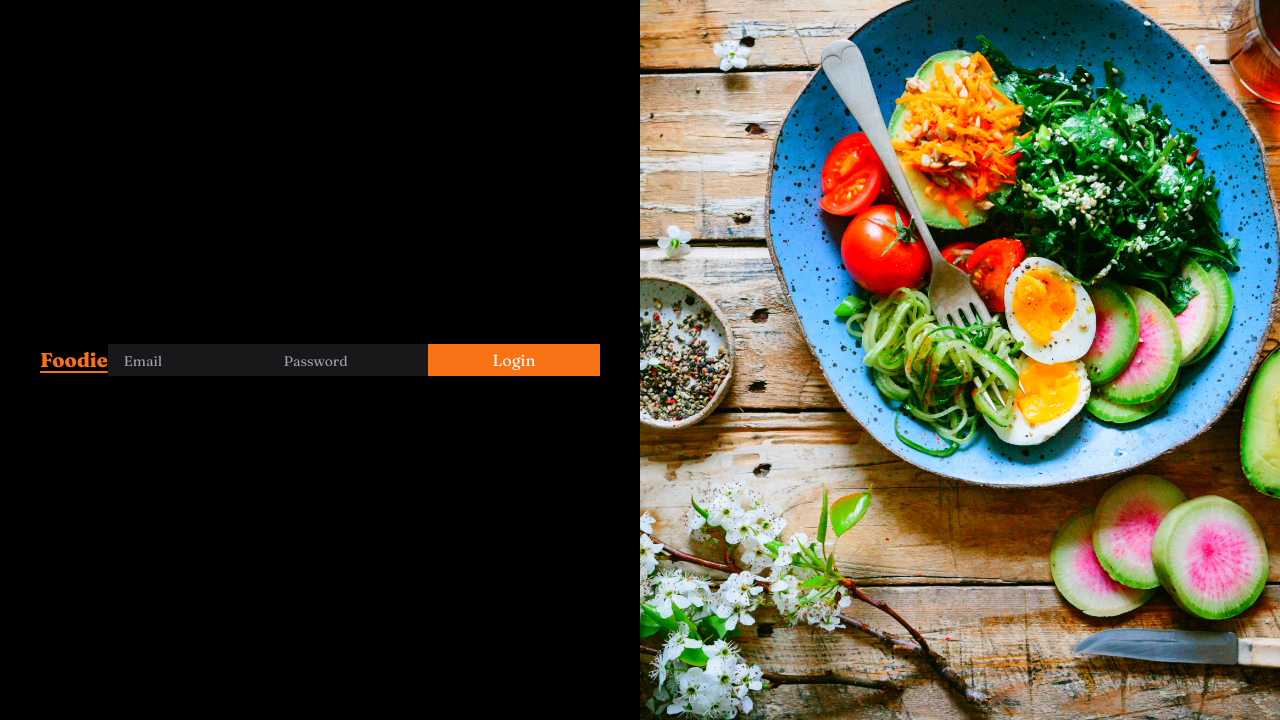
Repository: chandra11148/Foodie
Page: / (app in Frontend/)
These files come from the project's save history. The page is drawn as it stood at one moment and after the next save; the edit follows.
The browser window is 1280 px wide. The pictures show the whole page.
The project was rebuilt for these pictures with package versions that can differ from the ones it lists, and the page was loaded fresh each time. Also part of the build but not shown: Frontend/vite.config.ts.

Above is the page before, as saved 2024-02-25 11:29:29.

### Frontend/index.html
<!doctype html>
<html lang="en">
  <head>
    <meta charset="UTF-8" />
    <link rel="icon" type="image/svg+xml" href="/vite.svg" />
    <meta name="viewport" content="width=device-width, initial-scale=1.0" />
    <title>Foodie</title>
  </head>
  <body>
    <div id="root"></div>
    <script type="module" src="/src/main.tsx"></script>
  </body>
</html>

### Frontend/src/App.tsx
import { Suspense, useState } from "react";
import { createBrowserRouter, RouterProvider } from "react-router-dom";
import { Landing } from "./pages/Landing";

function App() {
  const router = createBrowserRouter([
    {
      path: "/",
      element: <Landing/>,
      errorElement: <div>ErrorPage</div>,
    },
  ]);

  return (

      <div className="h-[100vh] w-[100vw]">
        <Suspense fallback={<div>Loading</div>}>
          <RouterProvider
            router={router}
            fallbackElement={<div>Fallback Element</div>}
          />
        </Suspense>
      </div>
  );
}

export default App;

### Frontend/src/index.css
@import url('https://fonts.googleapis.com/css2?family=Fraunces:ital,opsz,wght@0,9..144,100..900;1,9..144,100..900&display=swap');

@tailwind base;
@tailwind components;
@tailwind utilities;

body{
    padding: 0;
    margin: 0;
}
#root{
    padding: 0;
    margin: 0;
}

### Frontend/src/pages/Landing/index.tsx
import { FormEvent } from "react";
import recipeOne from "../../assets/recipe-one.jpg";
import { Form, Input, Button } from "../../components";

export const Landing = () => {
    const handleSubmit = (e: FormEvent<HTMLFormElement>) =>{

    }
    const handleState = (e: FormEvent<HTMLFormElement>)=>{

    }
  return (
    <div className="bg-black text-white h-[100%] flex flex-col-reverse md:flex-row w-full">
      <div className="w-full h-full">
        <Form
            className="flex items-center justify-center w-full h-full p-10"
            onSubmit={handleSubmit}
        >
            <h2 className="text-orange-500 font-extrabold text-xl underline underline-offset-4 ">
                Foodie
            </h2>
           <Input
                name="email"
                placeholder="Email"
                handleChange={handleState}
                type="text"
                className={`bg-zinc-900 py-1 px-4 w-full shadow-xl  placeholder:text-sm hover:bg-zinc-800 cursor-pointer focus:outline-none`}
          />

           <Input
            name="password"
            placeholder="Password"
            handleChange={handleState}
            type="password"
            className={`bg-zinc-900 py-1 px-4 w-full placeholder:text-sm hover:bg-zinc-800 cursor-pointer focus:outline-none`}
          />
          <Button
              title={"Login"}
              className={`bg-orange-500 text-white hover:bg-orange-600 py-1 px-6 w-full `}
              type="submit"
            />
        </Form>
      </div>
      <div className="w-full h-full saturate-200">
        <img
          src={recipeOne}
          alt="A dish with food recipes"
          className="w-full h-full object-center object-cover"
        />
      </div>
    </div>
  );
};

### Frontend/src/components/index.tsx
import { Form } from './form';
import { Input } from './input';
import { Button } from './button';

export { Button, Input, Form };

### Frontend/src/components/form.tsx
import { FormEvent, ReactNode } from "react";

export const Form = ({
  onSubmit,
  children,
  className,
}: {
  onSubmit: (e: FormEvent<HTMLFormElement>) => void;
  children: ReactNode;
  className?: string;
}) => {
  return (
    <form onSubmit={onSubmit} className={`${className}`}>
      {children}
    </form>
  );
};

### Frontend/src/components/input.tsx
import { FormEvent } from "react";

export const Input = ({ type, placeholder, handleChange, className, ...rest }:{
    type: string;
    placeholder: string;
    handleChange: (e: FormEvent<HTMLInputElement>) => void;
    className: string;
    [key: string]: unknown;
}) =>  {
    return (
        <input {...rest}
            type={type}
            placeholder={placeholder}
            onChange={handleChange}
            className={`${className}`}
        />
    );
}

### Frontend/src/components/button.tsx
export const Button = ({title,handleClick,type,className,...rest}:{
    title: string;
    handleClick?: () => void;
    className: string;
    type?: "button" | "submit" | "reset";
    [key: string]: unknown;
}) => {
    return (
        <button {...rest}
            onClick={handleClick}
            type={type ? type:"button"}
            className={`${className}`}
        >
            {title}
        </button>
    )
}

### Frontend/tailwind.config.js
/** @type {import('tailwindcss').Config} */
export default {
  content: [
    "./index.html",
    "./src/**/*.{js,ts,jsx,tsx}",
  ],
  theme: {
    extend: {
      screens: {
        'sm': '640px',
        // => @media (min-width: 640px) { ... }

        'md': '768px',
        // => @media (min-width: 768px) { ... }

        'lg': '1024px',
        // => @media (min-width: 1024px) { ... }

        'xl': '1280px',
        // => @media (min-width: 1280px) { ... }

        '2xl': '1536px',
        // => @media (min-width: 1536px) { ... }
      },
      fontFamily: {
        sans: ["Fraunces","serif"],
      }
    },
  },
  plugins: [],
}

Loaded but not shown: Frontend/src/main.tsx (common file)

After the next save:
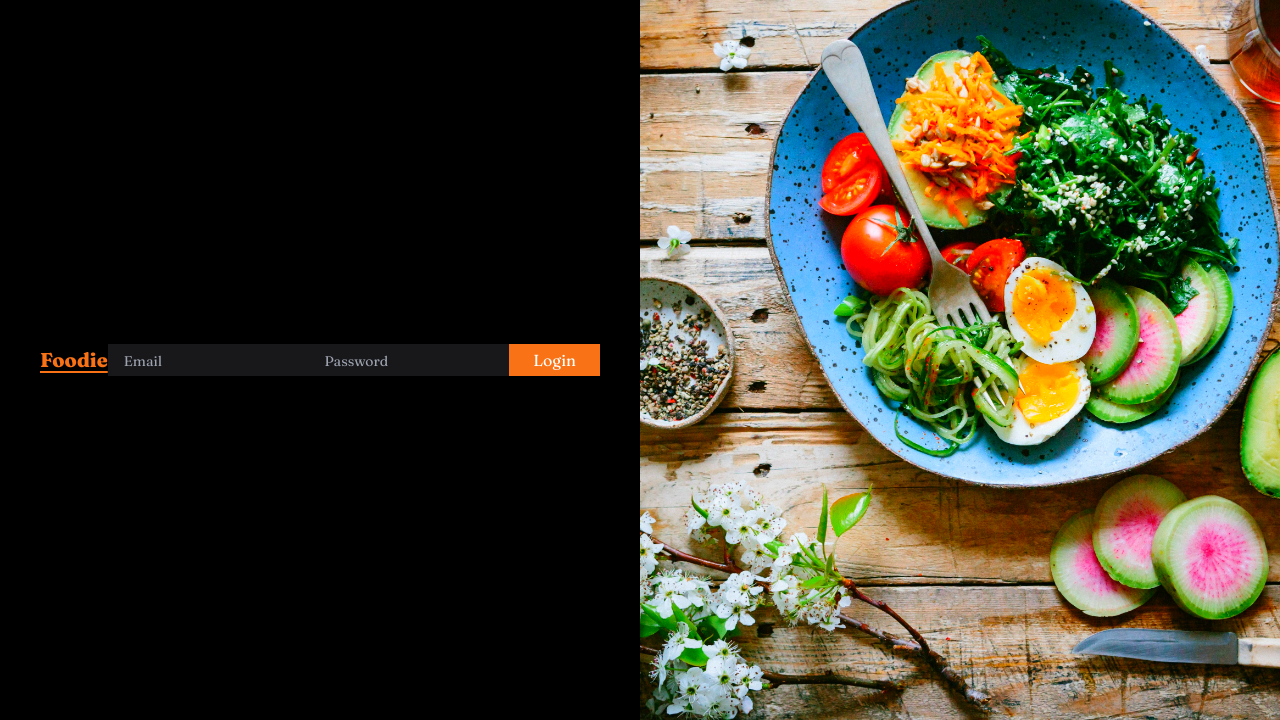
Saved 35 s later.
--- a/Frontend/src/pages/Landing/index.tsx
+++ b/Frontend/src/pages/Landing/index.tsx
@@ -34,11 +34,13 @@ export const Landing = () => {
             type="password"
             className={`bg-zinc-900 py-1 px-4 w-full placeholder:text-sm hover:bg-zinc-800 cursor-pointer focus:outline-none`}
           />
-          <Button
-              title={"Login"}
-              className={`bg-orange-500 text-white hover:bg-orange-600 py-1 px-6 w-full `}
-              type="submit"
+          <div className="w-full md:w-[50%] m-auto flex flex-col gap-2">
+            <Button
+                title={"Login"}
+                className={`bg-orange-500 text-white hover:bg-orange-600 py-1 px-6 w-full `}
+                type="submit"
             />
+            </div>
         </Form>
       </div>
       <div className="w-full h-full saturate-200">
